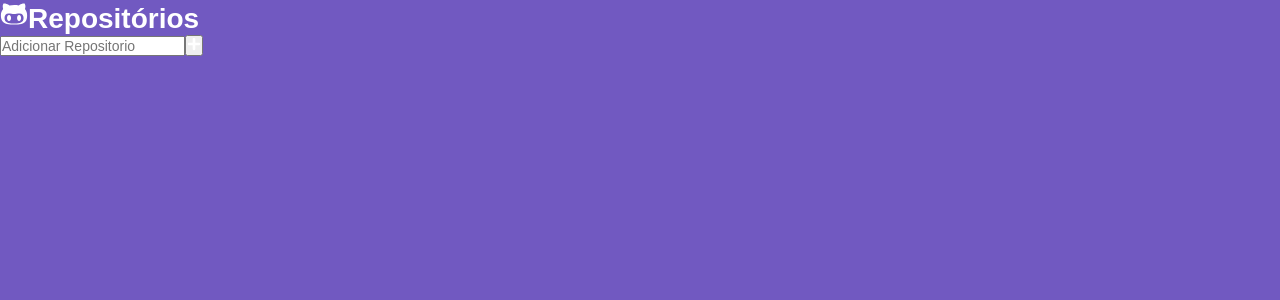
Repository: vadyvarela/Github-Api-ReactJs
Page: /
These files come from the project's save history. The page is drawn as it stood at one moment and after the next save; the edit follows.
The browser window is 1280 px wide. The pictures show the whole page.
The project was rebuilt for these pictures with package versions that can differ from the ones it lists, and the page was loaded fresh each time. Also part of the build but not shown: src/pages/Repository/index.js.

Above is the page before, as saved 2019-10-22 19:07:03.

### src/App.js
import React from 'react';
import Routes from './routes';
import GlobalStyles from './styles/global';

function App() {
    return (
        <>
            <Routes />
            <GlobalStyles />
        </>
    );
}

export default App;

### src/routes.js
import React from 'react';
import { BrowserRouter, Switch, Route } from 'react-router-dom';

import Main from './pages/Main';
import Repository from './pages/Repository';

export default function Routes() {
    return (
        <BrowserRouter>
            <Switch>
                <Route path="/" exact component={Main} />
                <Route path="/repository" component={Repository} />
            </Switch>
        </BrowserRouter>
    );
}

### src/styles/global.js
import { createGlobalStyle } from 'styled-components';

export default createGlobalStyle`
    * {
        margin: 0;
        padding: 0;
        outline: 0;
        box-sizing: border-box;
    }

    html, body, #root {
        min-height: 100%;
    }
    body {
        background: #7159c1;
        -webkit-font-smoothing: antialiased !important;
    }
    body, input, button {
        color: #222;
        font-size: 14px;
        font-family: Arial, Helvetica, sans-serif;
    }
    button {
        cursor: pointer;
    }
`;

### src/pages/Main/index.js
import React from 'react';
import { FaGithubAlt, FaPlus } from 'react-icons/fa';

import { Container, Form, SubmitButton } from './styles';

export default function Main() {
    return (
        <Container>
            <h1>
                <FaGithubAlt />
                Repositórios
            </h1>

            <Form onSubmit={() => {}}>
                <input type="text" placeholder="Adicionar Repositorio" />
                <SubmitButton disable>
                    <FaPlus color="#fff" size={14} />
                </SubmitButton>
            </Form>
        </Container>
    );
}

### src/pages/Main/styles.js
import styled from 'styled-components';

export const Container = styled.div`
    color: #fff;
`;

export const Form = styled.form`
    color: #fff;
`;

export const SubmitButton = styled.button`
    color: #fff;
`;

Loaded but not shown: public/index.html (common file); src/index.js (common file)

After the next save:
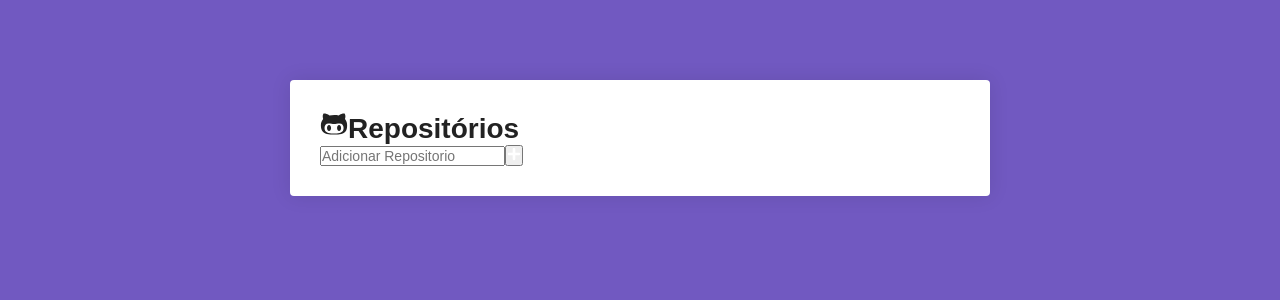
Saved 18 min 27 s later.
--- a/src/pages/Main/styles.js
+++ b/src/pages/Main/styles.js
@@ -1,7 +1,12 @@
 import styled from 'styled-components';
 
 export const Container = styled.div`
-    color: #fff;
+    max-width: 700px;
+    background: #fff;
+    border-radius: 4px;
+    box-shadow: 0 0 20px rgba(0, 0, 0, 0.1);
+    padding: 30px;
+    margin: 80px auto;
 `;
 
 export const Form = styled.form`
